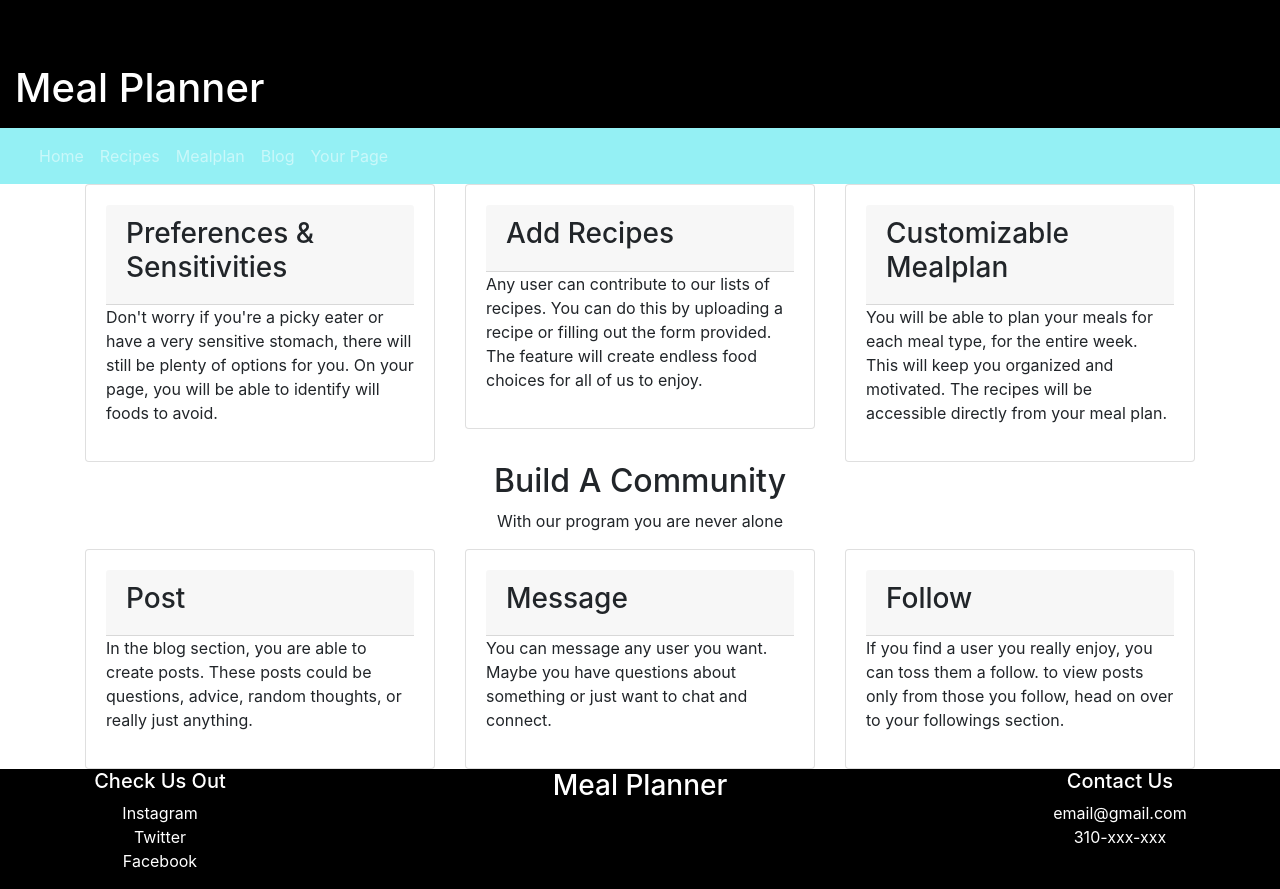
Repository: madisonisfan/mealplanner-react
Page: /
These files come from the project's save history. The page is drawn as it stood at one moment and after the next save; the edit follows.
The browser window is 1280 px wide. The pictures show the whole page.
The project was rebuilt for these pictures with package versions that can differ from the ones it lists, and the page was loaded fresh each time.

Above is the page before, as saved 2021-04-18 14:06:28.

### src/App.js
import React, { Component } from "react";
import "./App.css";
import Main from "./components/MainComponent";
import { BrowserRouter } from "react-router-dom";

class App extends Component {
  render() {
    return (
      <BrowserRouter>
        <div className="App">
          <Main />
        </div>
      </BrowserRouter>
    );
  }
}

export default App;

### src/App.css
.jumbotron {
  height: 100px;
  margin: 0px !important;
  background-color: black !important;
  color: white;
}

.navbar {
  background-color: #87eff3e3;
  color: black;
}

.site-footer {
  background-color: black;
  color: white;
}

### src/components/MainComponent.js
import React, { Component } from "react";
import Home from "./HomeComponent";
import MainHeader from "./HeaderComponent";
import Footer from "./FooterComponent";
import { Switch, Route, Redirect } from "react-router-dom";

class Main extends Component {
  constructor(props) {
    super(props);
    this.state = {};
  }

  render() {
    return (
      <React.Fragment>
        <MainHeader />
        <Switch>
          <Route path="/home" component={Home} />
          <Redirect to="/home" />
        </Switch>
        <Footer />
      </React.Fragment>
    );
  }
}
export default Main;

### src/components/HomeComponent.js
import React from "react";
import {
  Card,
  CardHeader,
  CardImg,
  CardText,
  CardBody,
  CardTitle,
} from "reactstrap";

function Home(props) {
  return (
    <div className="container">
      <div className="row">
        <div className="col">
          <Card>
            <CardBody>
              <CardHeader>
                <h3>Preferences & Sensitivities</h3>
              </CardHeader>
              <p>
                Don't worry if you're a picky eater or have a very sensitive
                stomach, there will still be plenty of options for you. On your
                page, you will be able to identify will foods to avoid.
              </p>
            </CardBody>
          </Card>
        </div>
        <div className="col">
          <Card>
            <CardBody>
              <CardHeader>
                <h3>Add Recipes</h3>
              </CardHeader>
              <p>
                Any user can contribute to our lists of recipes. You can do this
                by uploading a recipe or filling out the form provided. The
                feature will create endless food choices for all of us to enjoy.
              </p>
            </CardBody>
          </Card>
        </div>
        <div className="col">
          <Card>
            <CardBody>
              <CardHeader>
                <h3>Customizable Mealplan</h3>
              </CardHeader>
              <p>
                You will be able to plan your meals for each meal type, for the
                entire week. This will keep you organized and motivated. The
                recipes will be accessible directly from your meal plan.
              </p>
            </CardBody>
          </Card>
        </div>
      </div>
      {/*row*/}

      <div className="row">
        <div className="col-12 text-center">
          <h2>Build A Community</h2>
          <p>With our program you are never alone</p>
        </div>
      </div>

      <div className="row">
        <div className="col">
          <Card>
            <CardBody>
              <CardHeader>
                <h3>Post</h3>
              </CardHeader>
              <p>
                In the blog section, you are able to create posts. These posts
                could be questions, advice, random thoughts, or really just
                anything.
              </p>
            </CardBody>
          </Card>
        </div>
        <div className="col">
          <Card>
            <CardBody>
              <CardHeader>
                <h3>Message</h3>
              </CardHeader>
              <p>
                You can message any user you want. Maybe you have questions
                about something or just want to chat and connect.
              </p>
            </CardBody>
          </Card>
        </div>
        <div className="col">
          <Card>
            <CardBody>
              <CardHeader>
                <h3>Follow</h3>
              </CardHeader>
              <p>
                If you find a user you really enjoy, you can toss them a follow.
                to view posts only from those you follow, head on over to your
                followings section.
              </p>
            </CardBody>
          </Card>
        </div>
      </div>
    </div>
  );
}

export default Home;

### src/components/HeaderComponent.js
import React, { Component } from "react";
import {
  Jumbotron,
  Navbar,
  NavbarBrand,
  NavItem,
  NavLink,
  NavbarToggler,
  Collapse,
  Nav,
} from "reactstrap";

function MainHeader(props) {
  return (
    <React.Fragment>
      <Jumbotron fluid>
        <div className="container-fluid">
          <div className="row  align-items-center">
            <div className="col">
              <h1>Meal Planner</h1>
            </div>
          </div>
        </div>
      </Jumbotron>
      <MainNav />
    </React.Fragment>
  );
}

class MainNav extends Component {
  constructor(props) {
    super(props);
    this.state = {
      isNavOpen: true,
    };
  }
  toggleNav() {
    this.setState({ isNavOpen: !this.state.isNavOpen });
  }

  render() {
    return (
      <Navbar dark sticky="top" expand="md">
        <div className="container-fluid">
          <NavbarToggler isClick={this.toggleNav}></NavbarToggler>
          <Collapse isOpen={this.state.isNavOpen} navbar>
            <Nav navbar>
              <NavItem>
                <NavLink className="nav-link" to="/home">
                  Home
                </NavLink>
              </NavItem>
              <NavItem>
                <NavLink className="nav-link" to="/recipes">
                  Recipes
                </NavLink>
              </NavItem>
              <NavItem>
                <NavLink className="nav-link" to="/mealplan">
                  Mealplan
                </NavLink>
              </NavItem>
              <NavItem>
                <NavLink className="nav-link" to="/blog">
                  Blog
                </NavLink>
              </NavItem>
              <NavItem>
                <NavLink className="nav-link" to="/yourpage">
                  Your Page
                </NavLink>
              </NavItem>
            </Nav>
          </Collapse>
        </div>
      </Navbar>
    );
  }
}

export default MainHeader;

### src/components/FooterComponent.js
import React from "react";

function Footer(props) {
  return (
    <footer className="site-footer">
      <div className="container-fluid">
        <div className="row">
          <div className="col col-sm-3 text-center">
            <h5>Check Us Out</h5>
            <ul class="list-unstyled">
              <li>Instagram</li>
              <li>Twitter</li>
              <li>Facebook</li>
            </ul>
          </div>

          <div class="col-6 text-center d-none d-sm-block">
            <h3>Meal Planner</h3>
          </div>

          <div class="col col-sm-3 text-center">
            <h5>Contact Us</h5>
            <ul class="list-unstyled">
              <li>
                <a>email@gmail.com</a>
              </li>
              <li>
                <a>310-xxx-xxx</a>
              </li>
            </ul>
          </div>
        </div>
      </div>
      {/*Container */}
    </footer>
  );
}

export default Footer;

Loaded but not shown: public/index.html (common file); src/index.js (common file); src/index.css (common file); src/reportWebVitals.js (common file)

After the next save:
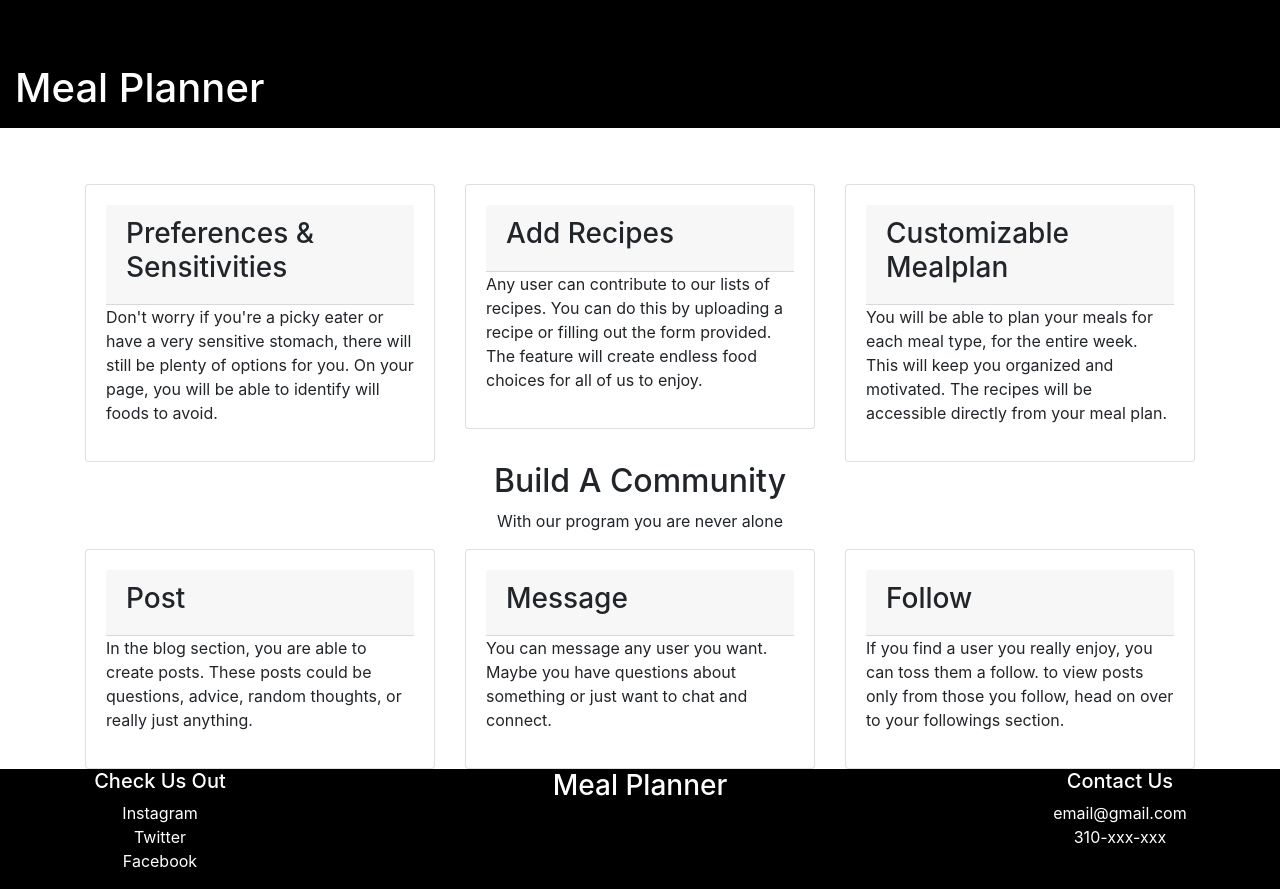
Saved 2 min 0 s later.
--- a/src/App.css
+++ b/src/App.css
@@ -6,7 +6,7 @@
 }
 
 .navbar {
-  background-color: #87eff3e3;
+  background-color: #black;
   color: black;
 }
 
